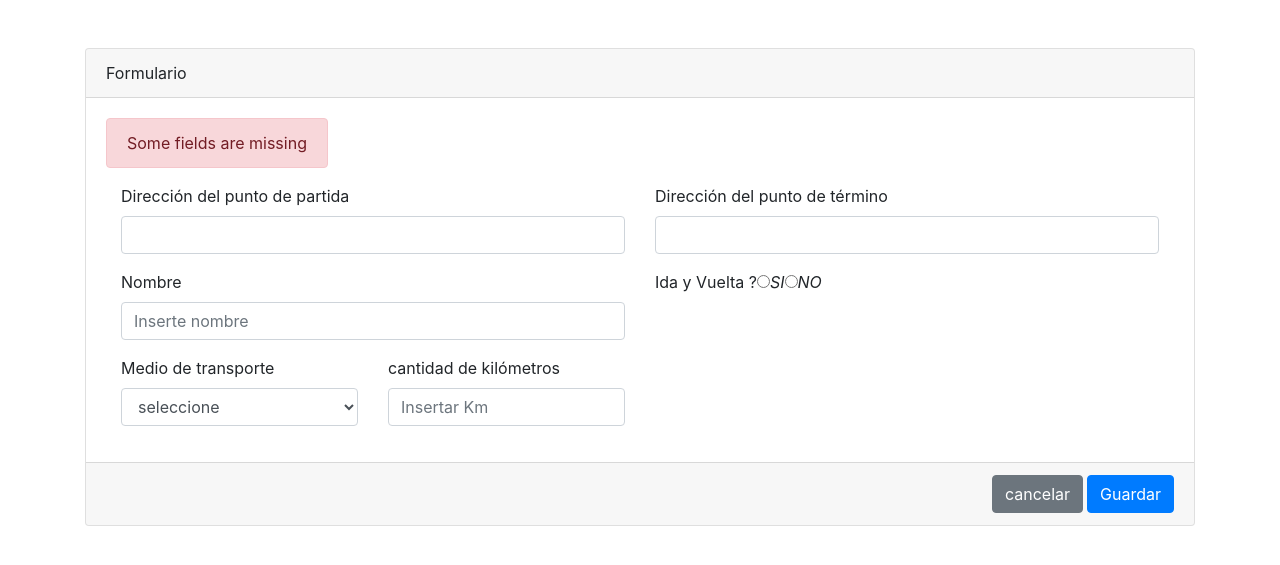
Repository: Jassan851031/foreachTask
Page: /
These files come from the project's save history. The page is drawn as it stood at one moment and after the next save; the edit follows.
The browser window is 1280 px wide. The pictures show the whole page.
The project was rebuilt for these pictures with package versions that can differ from the ones it lists, and the page was loaded fresh each time. Also part of the build but not shown: src/App.css.

Above is the page before, as saved 2020-03-23 13:50:09.

### src/index.js
import React from 'react';
import ReactDOM from 'react-dom';
import 'bootstrap/dist/css/bootstrap.min.css';
import 'font-awesome/css/font-awesome.min.css';
import './index.css';
import App from './App';
import * as serviceWorker from './serviceWorker';


 // Add js files
 import 'jquery';
 import 'popper.js';
 import 'bootstrap';

ReactDOM.render(
  <React.StrictMode>
    <App />
  </React.StrictMode>,
  document.getElementById('root')
);

// If you want your app to work offline and load faster, you can change
// unregister() to register() below. Note this comes with some pitfalls.
// Learn more about service workers: https://bit.ly/CRA-PWA
serviceWorker.unregister();

### src/App.js
import React from 'react';
import './App.css';

function App() {
  return (
    <div className="container mt-5">
      <div className="row">
        <div className="col-md-12">
          <form>
            <div className="card">
              <div className="card-header">
                Formulario
              </div>
              <div className="card-body">
                <div className="container">
                  <div className="row">
                    <div id="col-md-12">
                      <div className="alert alert-danger">
                        Some fields are missing
                      </div>
                    </div>
                  </div>
                  <div className="row">
                    <div className="col-md-6">
                      <div className="form-g roup">
                        <label className="form-label">Dirección del punto de partida</label>
                        <input type="text" id="no_card" className="form-control" />
                      </div>
                    </div>
                    <div className="col-md-6">
                      <div className="form-group">
                        <label className="form-label">Dirección del punto de término</label>
                        <input type="text" id="key" className="form-control" />
                      </div>
                    </div>
                  </div>
                  <div className="row">
                    <div className="col-md-6">
                      <div className="form-group">
                        <label className="form-label">Nombre</label>
                        <input type="text" id="nombre" className="form-control" placeholder="Inserte nombre" />
                      </div>
                    </div>
                    <div className="col-md-6">
                      <div className="form-group">
                        <label className="form-label">Ida y Vuelta ?</label>
                        <input type="radio" name="med_pago" value="visa" />
                          <i className="si">SI</i>
                        <input type="radio" name="med_pago" value="mastercard" />
                          <i className="no">NO</i>
                      </div>
                    </div>
                      </div>
                      <div className="row">
                        <div className="col-md-3">
                          <div className="form-group">
                            <label className="form-label">Medio de transporte</label>
                            <select id="estado" className="form-control">
                              <option value="">seleccione</option>
                              <option value="1"> option 1</option>
                              <option value="1"> option 2</option>
                              <option value="1"> option 3</option>
                              <option value="1"> option 4</option>
                            </select>
                          </div>
                        </div>
                        <div className="col-md-3">
                          <div className="form-group">
                            <label className="form-label">cantidad de kilómetros</label>
                            <input type="text" id="postal" className="form-control" placeholder="Insertar Km" />
                          </div>
                        </div>
                      </div>
                    </div>
                  </div>
                  <div className="card-footer text-right">
                    <button className="btn btn-secondary mr-1">cancelar</button>
                    <button className="btn btn-primary">Guardar</button>
                  </div>
                </div>
          </form>
            </div>
      </div>
        </div>
  );
}

export default App;

Loaded but not shown: public/index.html (common file); src/index.css (common file); src/serviceWorker.js (common file)

After the next save:
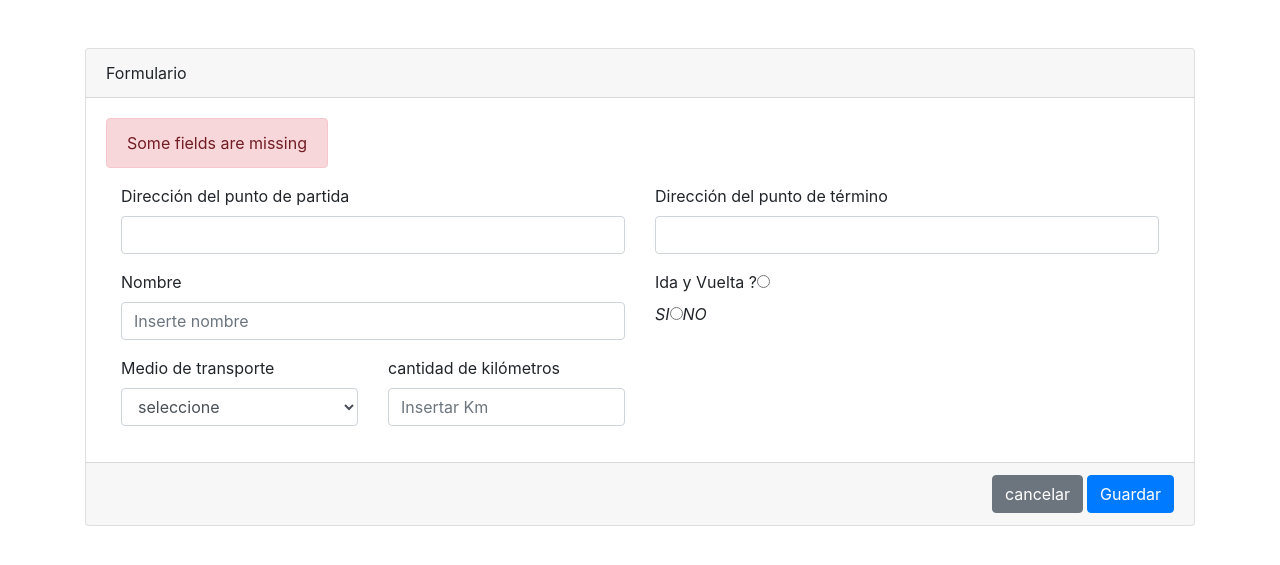
Saved 79 s later.
--- a/src/App.js
+++ b/src/App.js
@@ -44,7 +44,7 @@ function App() {
                     <div className="col-md-6">
                       <div className="form-group">
                         <label className="form-label">Ida y Vuelta ?</label>
-                        <input type="radio" name="med_pago" value="visa" />
+                        <input type="radio" name="med_pago" value="visa" /><br/>
                           <i className="si">SI</i>
                         <input type="radio" name="med_pago" value="mastercard" />
                           <i className="no">NO</i>
